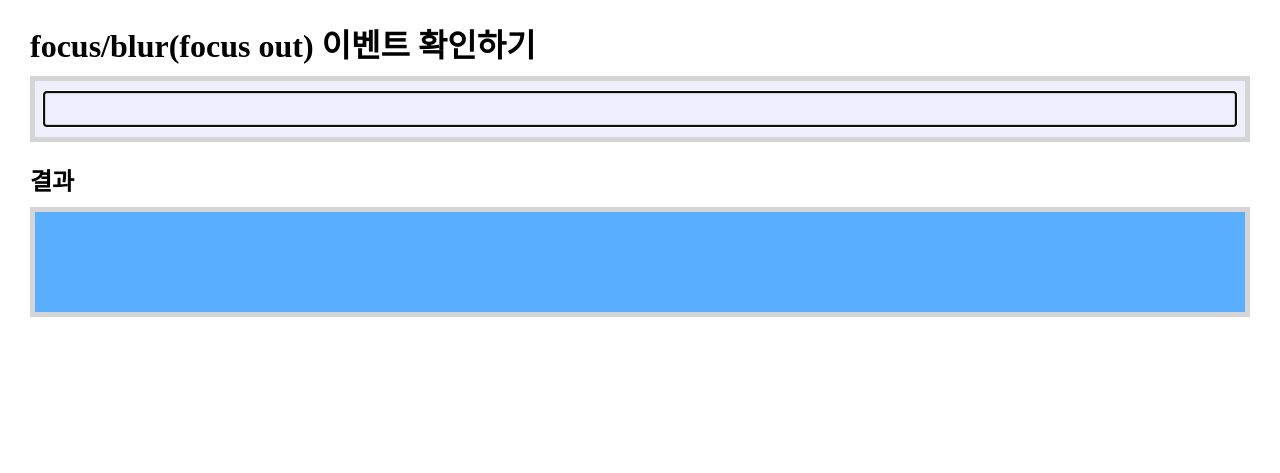
Repository: rwanda95do/bitcamp
Page: jQuery/src/main/webapp/02_jQueryEvent/exam09.html
An editor plug-in stored every save of this project. The page is shown before and after the next save, followed by the edit.
The browser window is 1280 px wide. The pictures show the whole page.

Above is the page before, as saved 2024-08-23 01:17:21.

After the next save:
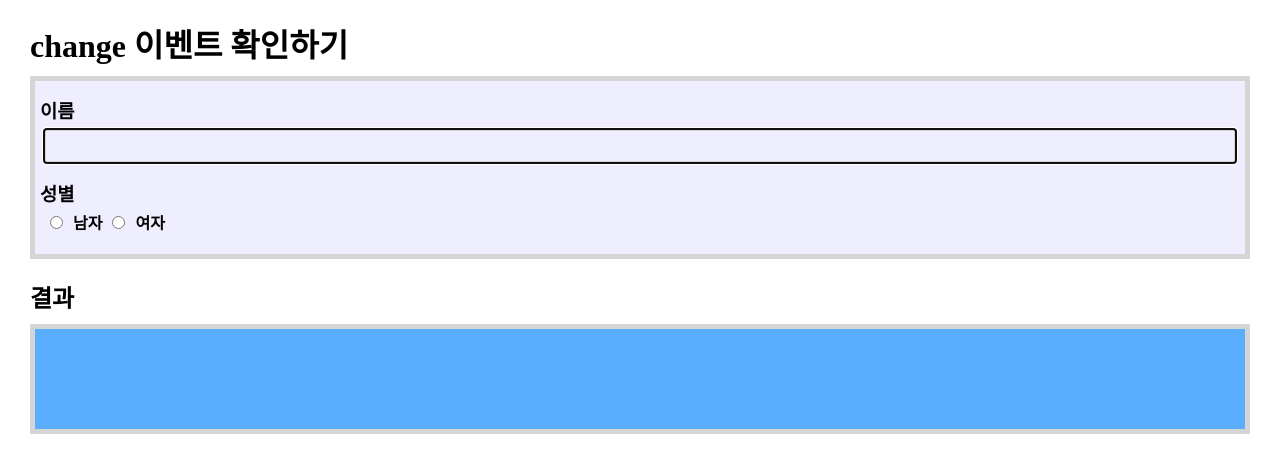
Saved 5 min 24 s later.
--- a/jQuery/src/main/webapp/02_jQueryEvent/exam09.html
+++ b/jQuery/src/main/webapp/02_jQueryEvent/exam09.html
@@ -8,9 +8,14 @@
 
 </head>
 <body>
-	<h1>focus/blur(focus out) 이벤트 확인하기</h1>
+	<h1>change 이벤트 확인하기</h1>
 	<div id="input">
-		<input type="text" />
+		<h3>이름</h3>
+		<input type="text" name="user_namr" />
+
+		<h3>성별</h3>
+		<label><input type="radio" name="gender" value="남자"/>남자</label>
+		<label><input type="radio" name="gender" value="여자"/>여자</label>
 	</div>
 
 	<h2>결과</h2>
